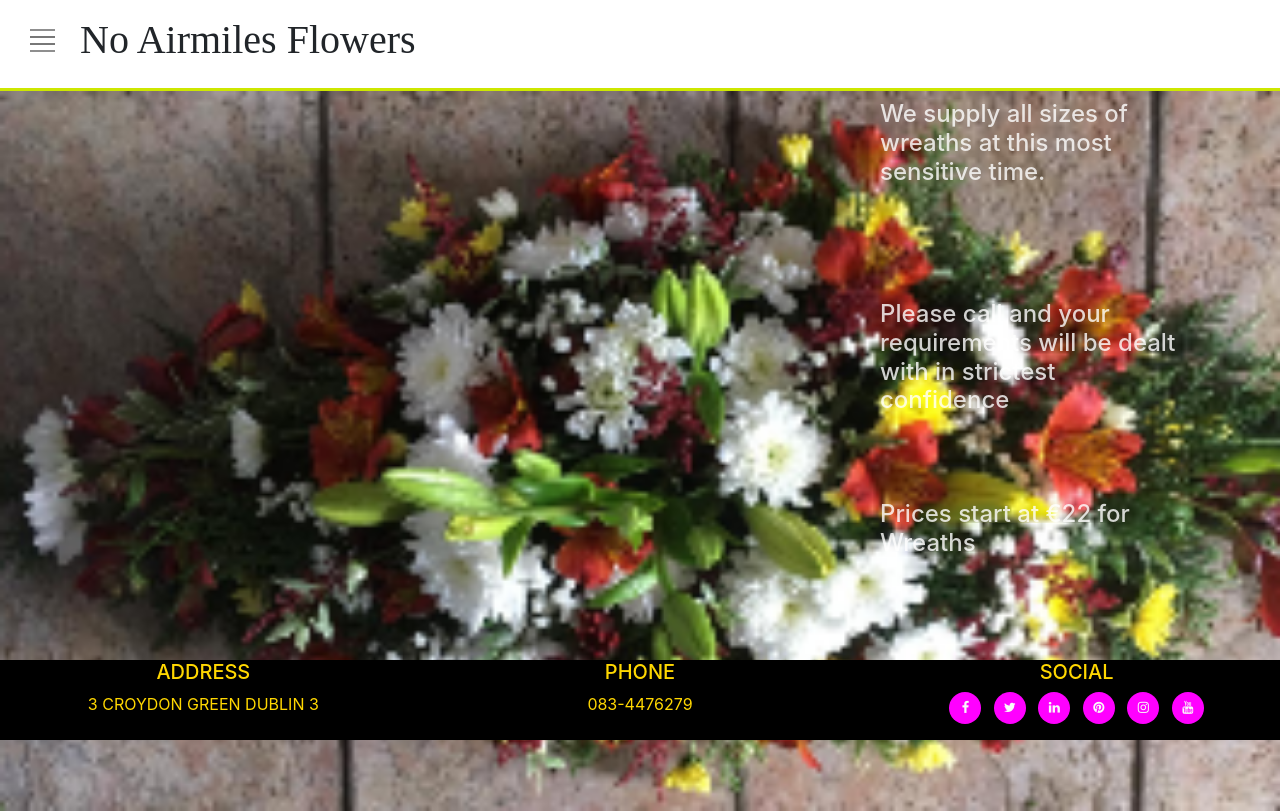
Repository: ConorTC1990/Flowers
Page: wreaths.html
The author's editor kept a record of every edit. The page is drawn from the files as they stood at one moment, then again after the next edit.
The browser window is 1280 px wide. The pictures show the whole page.
Some web libraries are served in a nearby version.

Above is the page before.

After the next edit:
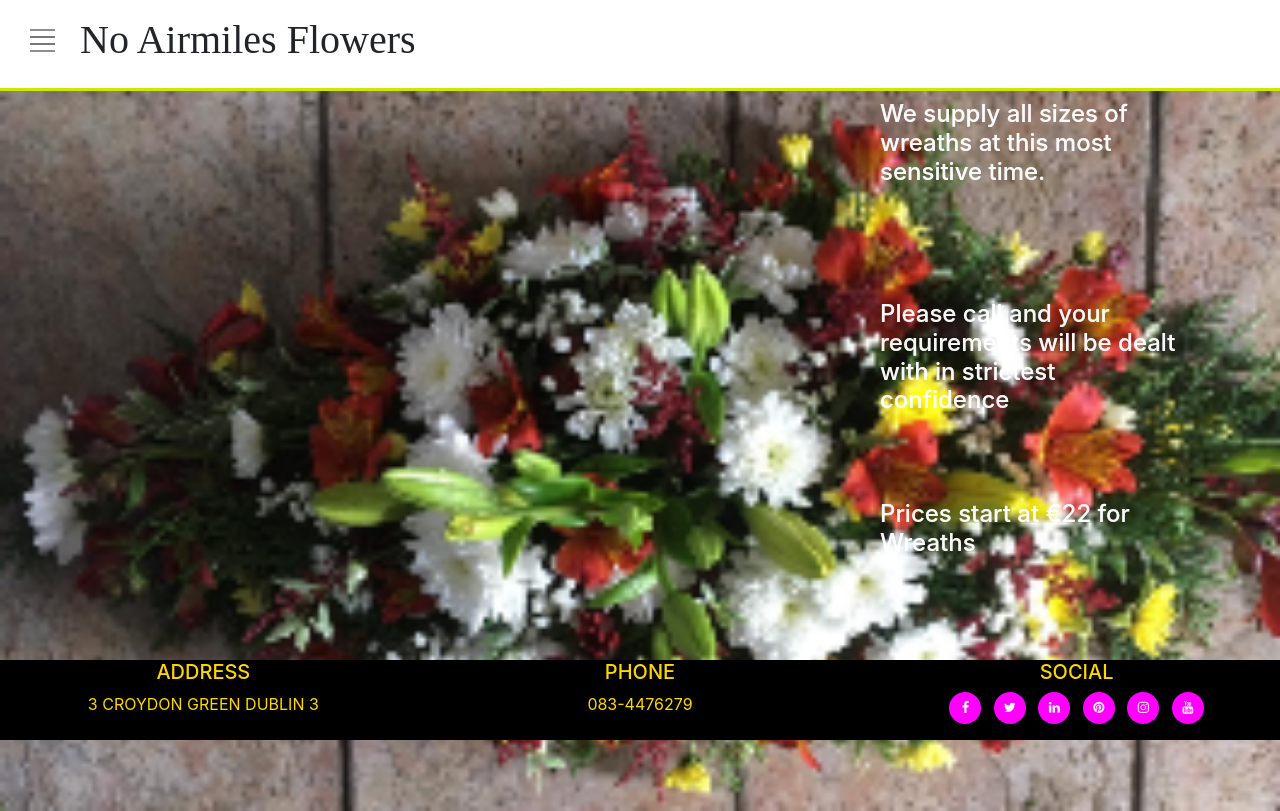
The edit:
--- a/wreaths.html
+++ b/wreaths.html
@@ -47,6 +47,15 @@
           Prices start at €22 for Wreaths
         </h4>
          <h4 >
+
+        Please call and your requirements will be dealt with in strictest confidence</h4>
+        </div>
+         <h4 class="callout">
+            We supply all sizes of wreaths at this most sensitive time.</h4>
+    <h4 class="callout2">
+          Prices start at €22 for Wreaths
+        </h4>
+         <h4 class="callout3">
 
         Please call and your requirements will be dealt with in strictest confidence</h4>
         </div>
